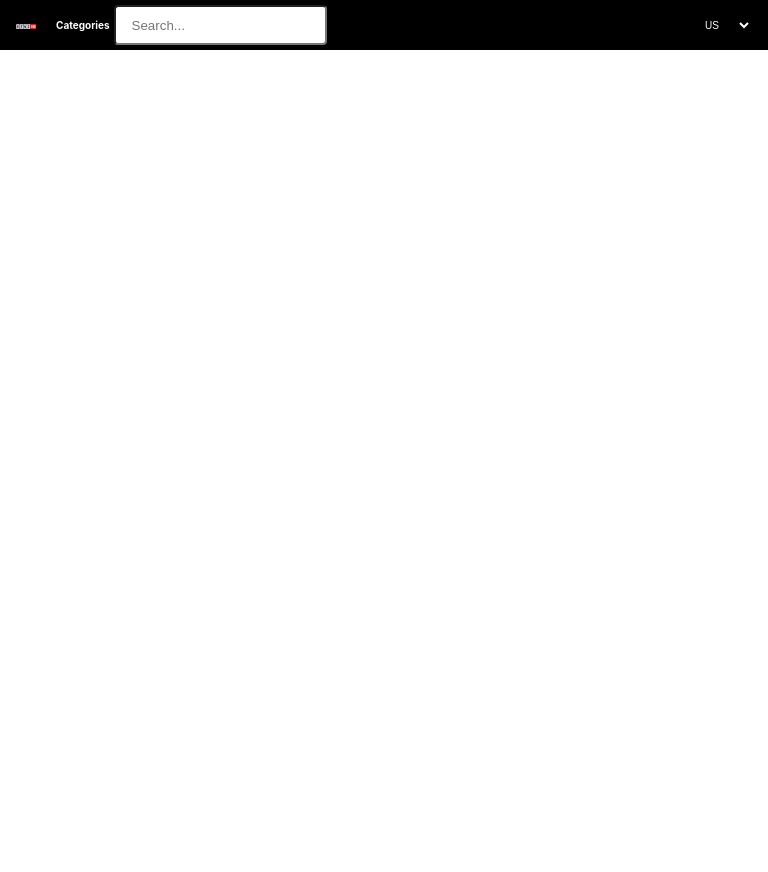
Repository: majakesin/top-news
Page: /
An editor plug-in stored every save of this project. The page is shown before and after the next save, followed by the edit.
The browser window is 768 px wide. The pictures show the whole page.
The page's requests for data from a server got no answer. The project was rebuilt for these pictures with package versions that can differ from the ones it lists, and the page was loaded fresh each time. No one was signed in, and anything a server would have sent is missing. Also part of the build but not shown: src/components/NewsCard/index.js, src/pages/ErrorPage/index.js, src/pages/Categories/index.js.

Above is the page before, as saved 2023-11-30 11:59:52.

After the next save:
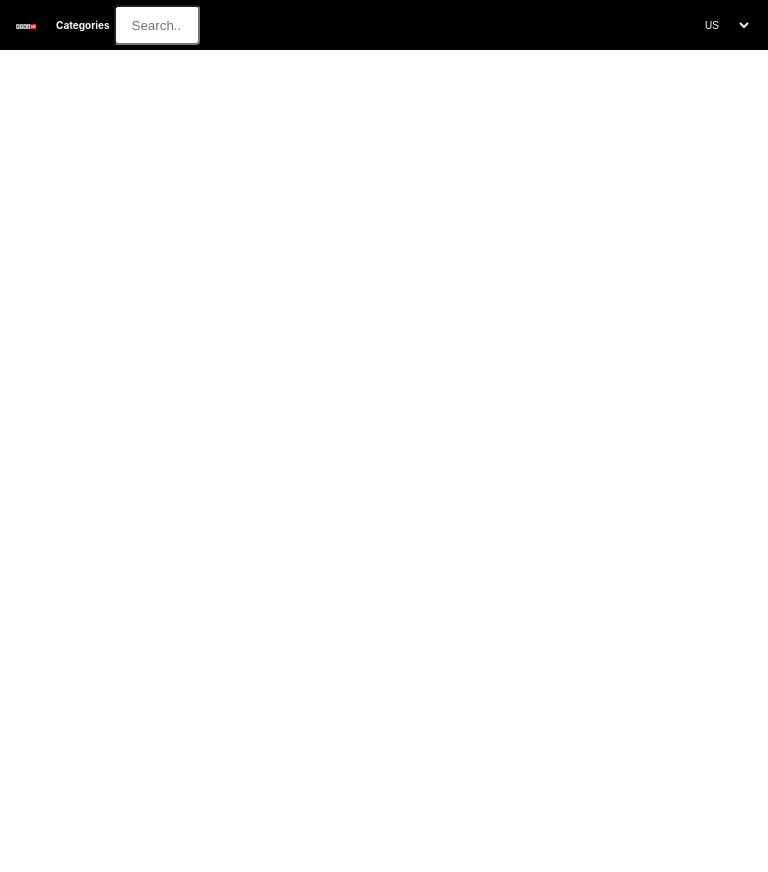
Saved 33 s later.
--- a/src/layout/Header/index.module.css
+++ b/src/layout/Header/index.module.css
@@ -10,6 +10,13 @@
     width: 100%;
     align-items: center;
 
+}
+
+
+.input {
+    @media (max-width:768px)  {
+       width: 50px;
+    }
 }
 
 .logo {
